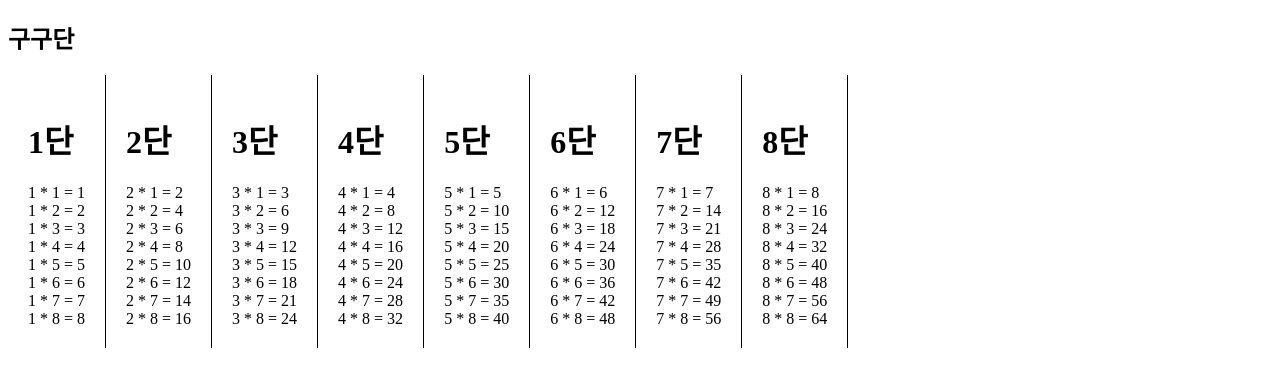
Repository: poiup/jsp_practice
Page: http://localhost/20210128/jspTag/Scriptlet.jsp
These files come from the project's save history. The page is drawn as it stood at one moment and after the next save; the edit follows.
The browser window is 1280 px wide. The pictures show the whole page.
The page is served by Tomcat 9.

Above is the page before, as saved 2022-01-28 03:20:21.

After the next save:
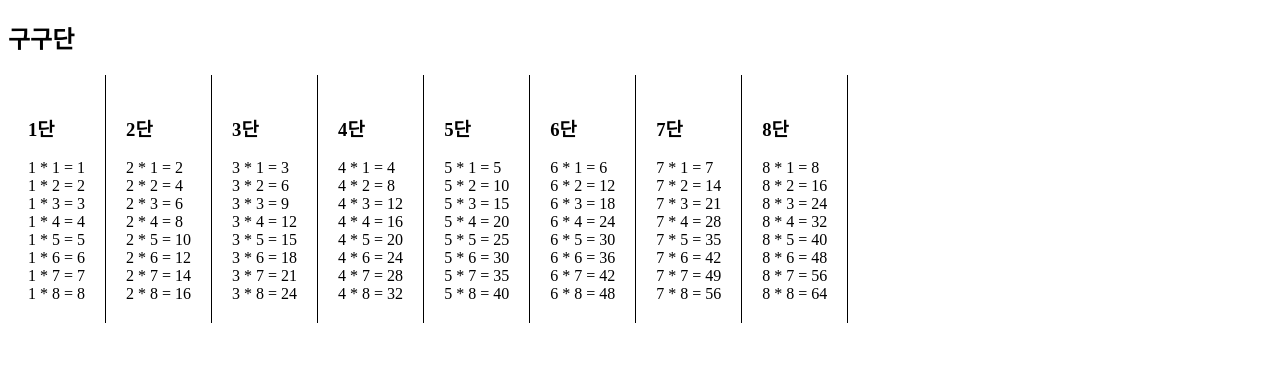
Saved 12 s later.
--- a/20210128/src/main/webapp/jspTag/Scriptlet.jsp
+++ b/20210128/src/main/webapp/jspTag/Scriptlet.jsp
@@ -14,7 +14,7 @@
 	<h2>구구단</h2>
 	<% for(int i = 1; i< 9; i++){
 	%><div style = "float : left; padding : 20px; border-right: solid 1px #000;">
-		<%out.println("<h1>" + i + "단</h1>"); %><%
+		<%out.println("<h3>" + i + "단</h3>"); %><%
 		for(int j = 1; j< 9; j++){
 		out.println(i + " * " + j + " = " + j*i);
 	%></br><%
